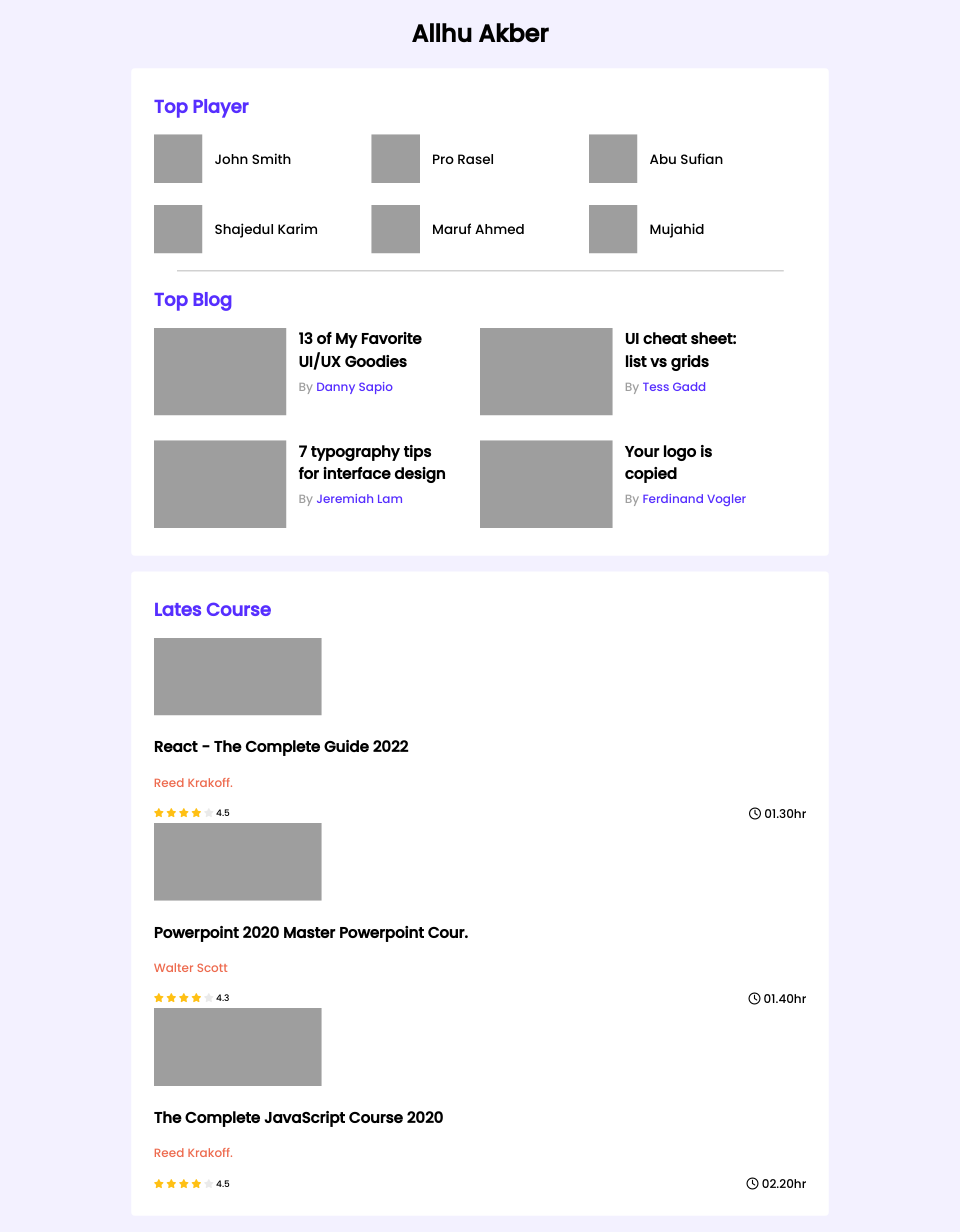
Repository: zjria/leader-board
Page: index.html
An editor plug-in stored every save of this project. The page is shown before and after the next save, followed by the edit.
The browser window is 1280 px wide. The pictures show the whole page, at 75% of full size.
Pictures or frames that could not be fetched are drawn as grey boxes.

Above is the page before, as saved 2022-09-05 07:05:16.

After the next save:
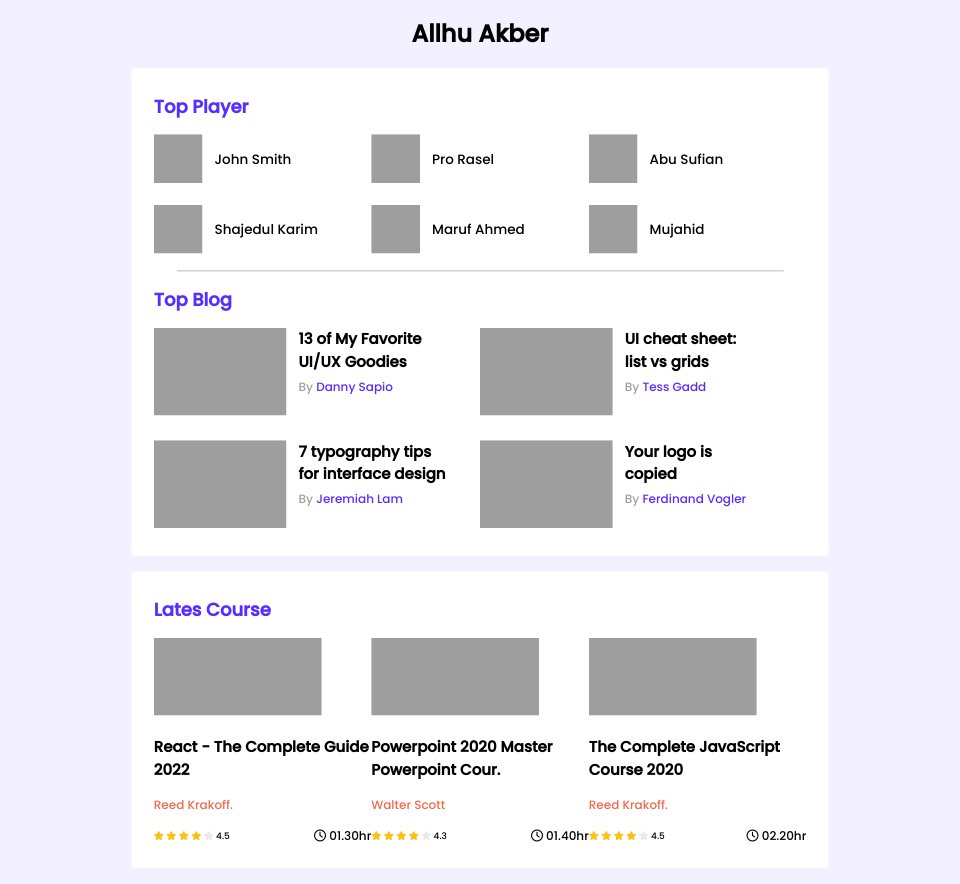
Saved 68 s later.
--- a/style/style.css
+++ b/style/style.css
@@ -110,6 +110,11 @@ h2.section-title {
 }
 
 /* -------------------- course-info --------------- */
+.course-all-info {
+    display: grid;
+    grid-template-columns: repeat(3, 1fr);
+}
+
 .course-thumble img {
     width: 224px;
     height: 104px;
